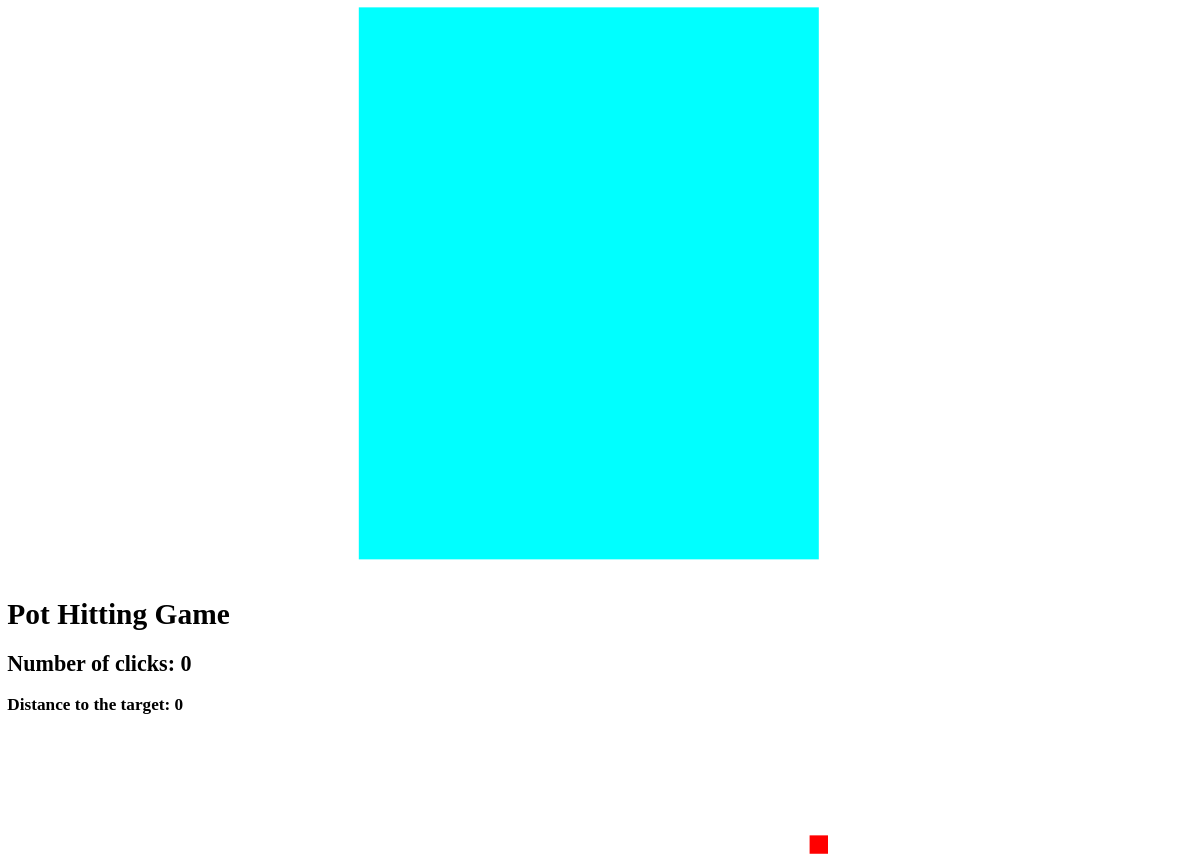
Repository: manojsatya/Web_development
Page: PotHitting_game/index.html
The author's editor kept a copy of each file at every save. The page is drawn from the files as they stood at one save, then again after the next save.
The browser window is 1280 px wide. The pictures show the whole page, at 92% of full size.

Above is the page before, as saved 2019-06-03 14:46:02.

### PotHitting_game/index.html
<!DOCTYPE html>
<html lang="en">
<head>
    <meta charset="UTF-8">
    <meta name="viewport" content="width=device-width, initial-scale=1.0">
    <meta http-equiv="X-UA-Compatible" content="ie=edge">
    <title>Pot Hitting Game</title>

    <link rel="stylesheet" href="potplay.css">
</head>
<body>


    <div class="playarea">  </div>
    <div class="target"></div>

    <div class="info">
            <h1 class="head">Pot Hitting Game</h1>
            <h2> Number of clicks: <span id="clicks">0</span></h2>
            <h3>Distance to the target: <span id="dist">0</span></h3>

    </div>




    <!-- <h2 onclick="showCoords(event)">Click this heading to get the x (horizontal) and y (vertical) coordinates of the mouse pointer when it was clicked.</h2>

    <p><strong>Tip:</strong> Try to click different places in the heading.</p>
 -->
    <p id="demo"></p>

    <script src="potplay.js"></script>


</body>
</html>

### PotHitting_game/potplay.css
.playarea{

    margin: 0 auto;
    width: 500px;
    height: 600px;
    background-color: aqua;



}

.selected{
    background-color: red;
}


.info{
    display: inline;
}

.target{
    position: relative;
    width: 20px;
    height: 20px;
    background-color: red;
    top: 300px;
    left: 250px;
    margin: 0 auto;
}

### PotHitting_game/potplay.js
var playarea = document.querySelector(".playarea");
var targetarea = document.querySelector(".target");
var clicktext = document.getElementById("clicks");
var x;
var y;
var xPot = 250;
var yPot = 300;
var showDist = document.getElementById("dist");
var clickCount = 0;

playarea.addEventListener("click", function(){
    clickCount++ ;
    clicktext.textContent = clickCount;
    xClick = event.clientX;
    yClick = event.clientY;
    var distance = Math.sqrt(Math.pow(xPot - xClick, 2) + Math.pow(yPot - yClick, 2));
    showDist.textContent = distance;
    console.log("Herer");
    console.log(playarea.offsetTop);
    console.log("Herer");

});

targetarea.addEventListener("click", function(){

    alert("Clicked the target area");
});

/* function showCoords(event) {
    x = event.clientX;
    y = event.clientY;
    var coords = "X coords: " + x + ", Y coords: " + y;

    console.log(coords);

    //document.getElementById("demo").innerHTML = coords;
  } */

function getDistance(xPot, xClick, yPot, yClick){
    var distance = Math.sqrt(Math.pow(xPot - xClick, 2) + Math.pow(yPot - yClick, 2));
    return distance;
}

After the next save:
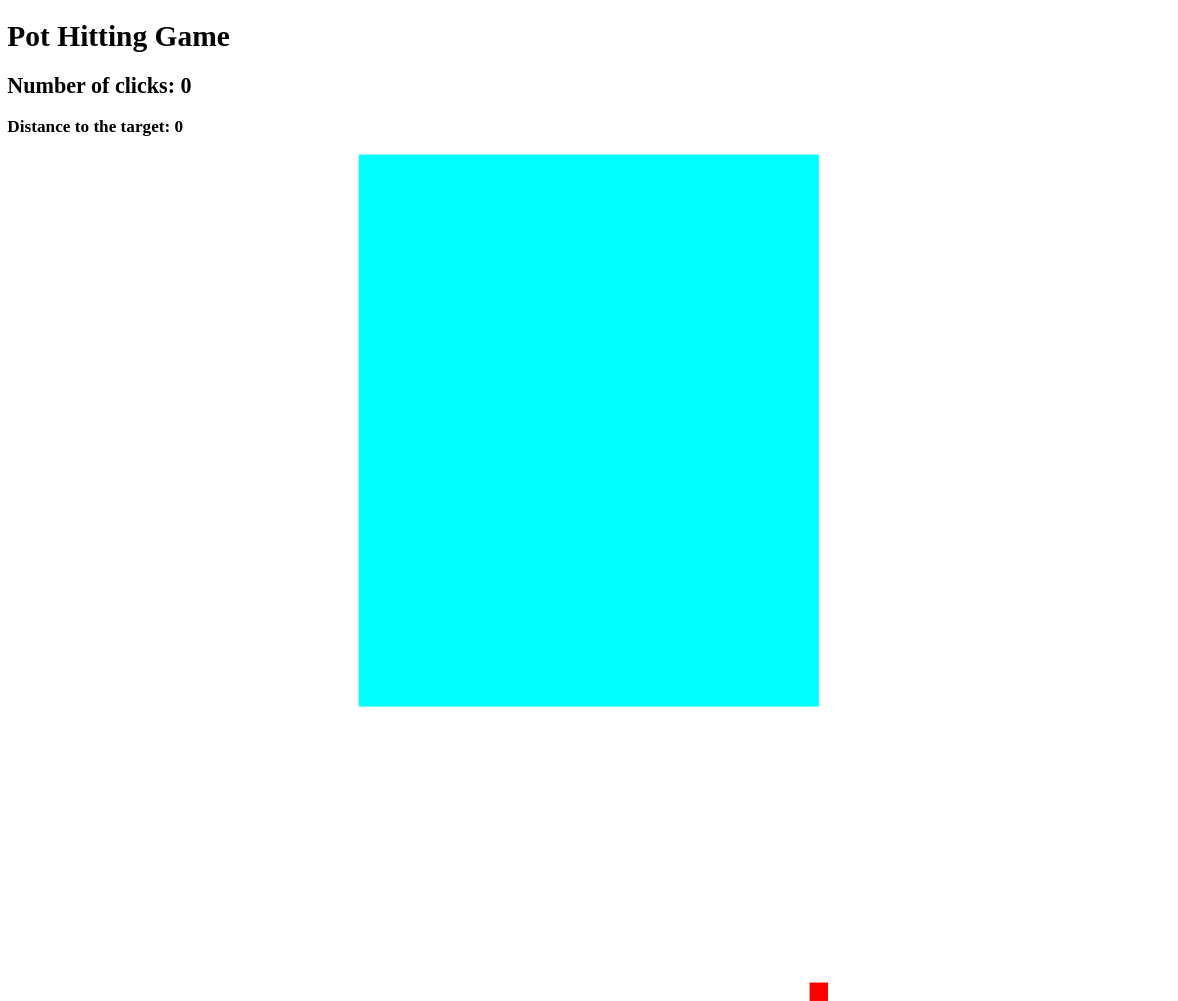
Saved 31 s later.
--- a/PotHitting_game/index.html
+++ b/PotHitting_game/index.html
@@ -9,17 +9,17 @@
     <link rel="stylesheet" href="potplay.css">
 </head>
 <body>
+        <div class="info">
+                <h1 class="head">Pot Hitting Game</h1>
+                <h2> Number of clicks: <span id="clicks">0</span></h2>
+                <h3>Distance to the target: <span id="dist">0</span></h3>
 
+        </div>
 
     <div class="playarea">  </div>
     <div class="target"></div>
 
-    <div class="info">
-            <h1 class="head">Pot Hitting Game</h1>
-            <h2> Number of clicks: <span id="clicks">0</span></h2>
-            <h3>Distance to the target: <span id="dist">0</span></h3>
 
-    </div>
 
 
 
